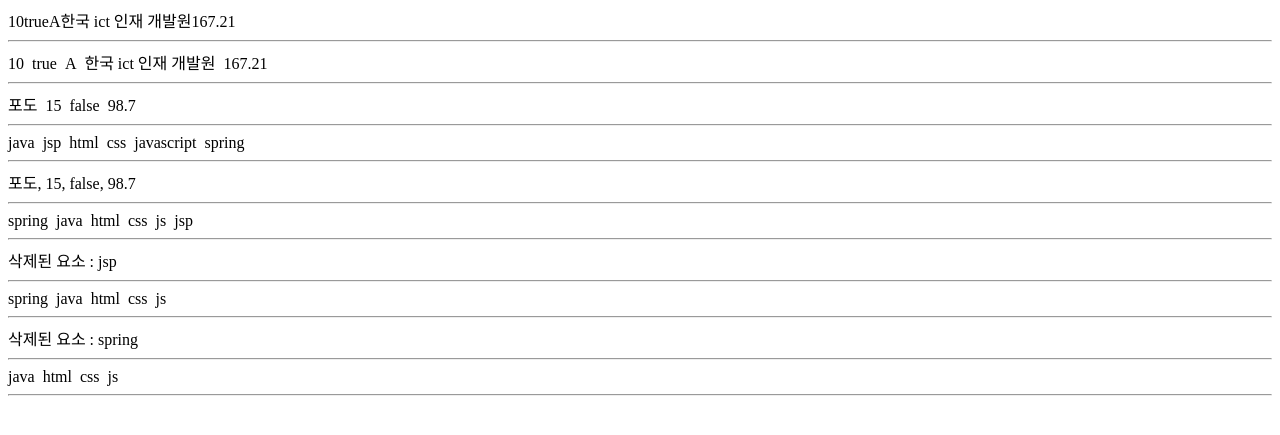
Repository: ady0099/webstudy
Page: 03_javascript/src/main/webapp/day02/ex01_Array.html
These files come from the project's save history. The page is drawn as it stood at one moment and after the next save; the edit follows.
The browser window is 1280 px wide. The pictures show the whole page.

Above is the page before, as saved 2023-07-04 07:04:53.

### 03_javascript/src/main/webapp/day02/ex01_Array.html
<!DOCTYPE html>
<html>
	<head>
		<meta charset="UTF-8">
		<title>배열 : Array()</title>
		<script type="text/javascript">
		// 배열 : 크기를 지정하지 않아도 된다. 모든 자료를 담을 수 있다.
		// 방법1
		var arr = new Array();
		arr[0] = 10;
		arr[1] = true;
		arr[2] = 'A';
		arr[3] = '한국 ict 인재 개발원';
		arr[4] = 167.21;

		// 출력
		for (var i = 0; i < arr.length; i++) {
			document.write(arr[i]);
		}
		document.write("<hr>")

		// 자바의 foreach와 비슷한 forin문 있다.
		// 자바는 데이터 자체를 넘기지만 자바스크립트는 index를 넘긴다.
		// 여기서 k는 index
		for(var k in arr){
			// document.write(k+"&nbsp;&nbsp;");
			document.write(arr[k]+"&nbsp;&nbsp;");
		}
		document.write("<hr>");

		// 방법2
		var arr2 = ["포도", 15, false, 98.7];
		for(var k in arr2){
			// document.write(k+"&nbsp;&nbsp;");
			document.write(arr2[k]+"&nbsp;&nbsp;");
		}
		document.write("<hr>");

		// 문자열을 배열로 만들자
		var myData = "java,jsp,html,css,javascript,spring";
		// myArr은 ','를 기준으로 배열로 만들어졌다
		var myArr = myData.split(",");
		for(var k in myArr){
			// document.write(k+"&nbsp;&nbsp;");
			document.write(myArr[k]+"&nbsp;&nbsp;");
		}
		document.write("<hr>");

		// arr2 배열을 문자열로 만들자.
		// 배열.join("구분자");
		var myData2 = arr2.join(", ");
		document.write(myData2);
		document.write("<hr>");

		// 자바스크립트의 배열은 추가 삭제가 가능
		var myArr3=["java", "html", "css", "js"];
		// 뒤에 추가
		myArr3.push("jsp");
		// 앞에 추가
		myArr3.unshift("spring");

		for (var k in myArr3){
			document.write(myArr3[k]+ "&nbsp;&nbsp;");
		}
		document.write("<hr>");

		// 추출 - 꺼낸 요소 반환
		// 뒤 요소 삭제 - pop();
		// 앞 요소 삭제 - shift();
		var k1 = myArr3.pop();
		document.write("삭제된 요소 : "+k1);
		document.write("<hr>");
		for (var k in myArr3){
			document.write(myArr3[k]+ "&nbsp;&nbsp;");
		}
		document.write("<hr>");
		var k2 = myArr3.shift();
		document.write("삭제된 요소 : "+k2);
		document.write("<hr>");
		for (var k in myArr3){
			document.write(myArr3[k]+ "&nbsp;&nbsp;");
		}
		document.write("<hr>");

		</script>
	</head>
	<body>
	</body>
</html>

After the next save:
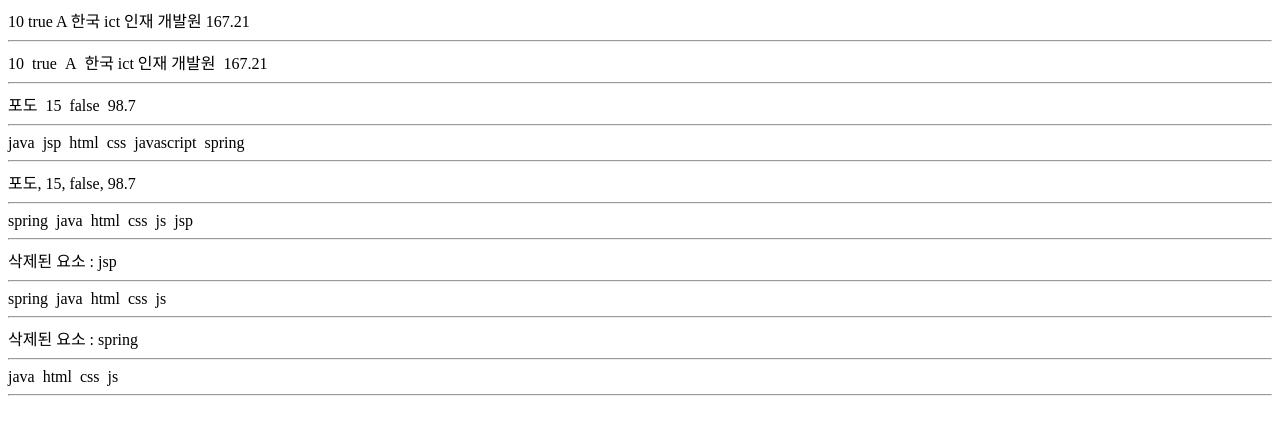
Saved 24 s later.
--- a/03_javascript/src/main/webapp/day02/ex01_Array.html
+++ b/03_javascript/src/main/webapp/day02/ex01_Array.html
@@ -15,7 +15,7 @@
 
 		// 출력
 		for (var i = 0; i < arr.length; i++) {
-			document.write(arr[i]);
+			document.write(arr[i]+"                             ");
 		}
 		document.write("<hr>")
 
